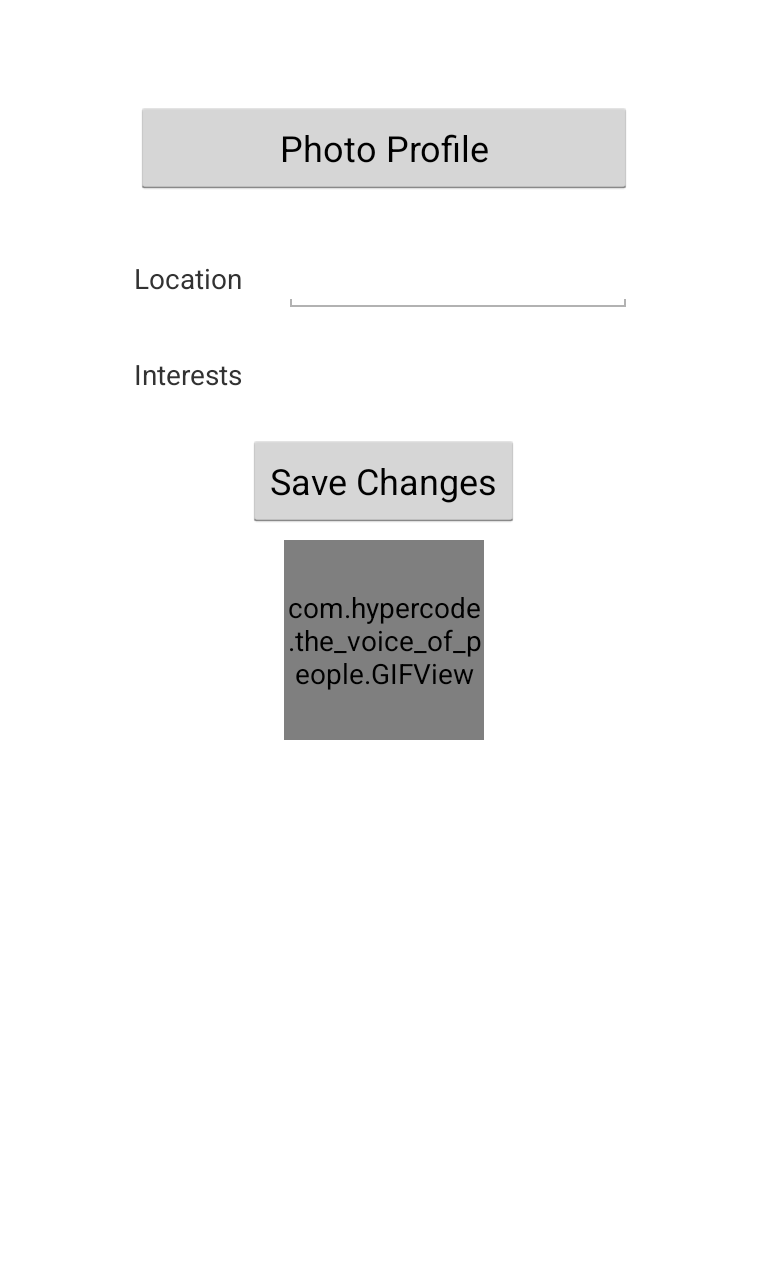
Repository: elvispap/The_Voice_of_People_Android_app
Layout: Voice of People/res/layout/profile_settings.xml
The author's editor kept a copy of each file at every save. The layout is drawn from the files as they stood at one save, then again after the next save.
Pictures or frames that could not be fetched are drawn as grey boxes. It is drawn on a 768 x 1280 px phone screen (xhdpi) without system bars, with theme AppTheme; the app's code is not run.

Above is the layout before, as saved 2014-01-08 03:17:44.

### Voice of People/res/layout/profile_settings.xml
<?xml version="1.0" encoding="utf-8"?>
<FrameLayout xmlns:android="http://schemas.android.com/apk/res/android"
  android:layout_width="fill_parent"
  android:layout_height="fill_parent">
<LinearLayout android:id="@+id/container"
    android:layout_width="match_parent"
    android:layout_height="match_parent"
    android:orientation="vertical" >

    <LinearLayout android:layout_width="250dp"
	    android:layout_height="wrap_content"
	    android:orientation="vertical"
	    android:layout_gravity="center_horizontal"
	    android:layout_marginTop="50dp">

        <Button
        android:id="@+id/button1"
        android:layout_width="match_parent"
        android:layout_height="wrap_content"
        android:text="Photo Profile"
        android:layout_gravity="center_horizontal" />

    </LinearLayout>



    <LinearLayout android:layout_width="250dp"
	    android:layout_height="wrap_content"
	    android:orientation="horizontal"
	    android:layout_gravity="center_horizontal"
	    android:layout_marginTop="20dp">

        <TextView
            android:id="@+id/textView1"
            android:layout_width="wrap_content"
            android:layout_height="wrap_content"
            android:text="Location" />
	    <EditText
	        android:id="@+id/location"
	        android:layout_width="match_parent"
	        android:layout_height="wrap_content"
	        android:ems="10"
	        android:layout_marginLeft="20dp"/>



    </LinearLayout>

    <LinearLayout android:layout_width="250dp"
	    android:layout_height="wrap_content"
	    android:orientation="horizontal"
	    android:layout_gravity="center_horizontal"
	    android:layout_marginTop="20dp">
			   <TextView
		            android:id="@+id/textView1"
		            android:layout_width="wrap_content"
		            android:layout_height="wrap_content"
		            android:text="Interests" />

	            <LinearLayout android:id="@+id/interests"
	                android:layout_width="250dp"
				    android:layout_height="wrap_content"
				    android:orientation="vertical"
				    android:layout_gravity="center_horizontal"
				    android:layout_marginLeft="20dp">



			</LinearLayout>
     </LinearLayout>

    <Button
        android:id="@+id/save"
        android:layout_width="wrap_content"
        android:layout_height="wrap_content"
        android:layout_gravity="center_horizontal"
        android:layout_marginTop="20dp"
        android:text="Save Changes"
        android:onClick="save_preferences"/>


   </LinearLayout>
    <com.hypercode.the_voice_of_people.GIFView
        android:layout_gravity="center"

        android:layout_width="100dp"
        android:layout_height="100dp"
        android:id="@+id/GIFLoader">
     </com.hypercode.the_voice_of_people.GIFView>
</FrameLayout>

Loaded but not shown: Voice of People/res/values/styles.xml (common file); Voice of People/res/values-v11/styles.xml (common file); Voice of People/res/values-v14/styles.xml (common file)

After the next save:
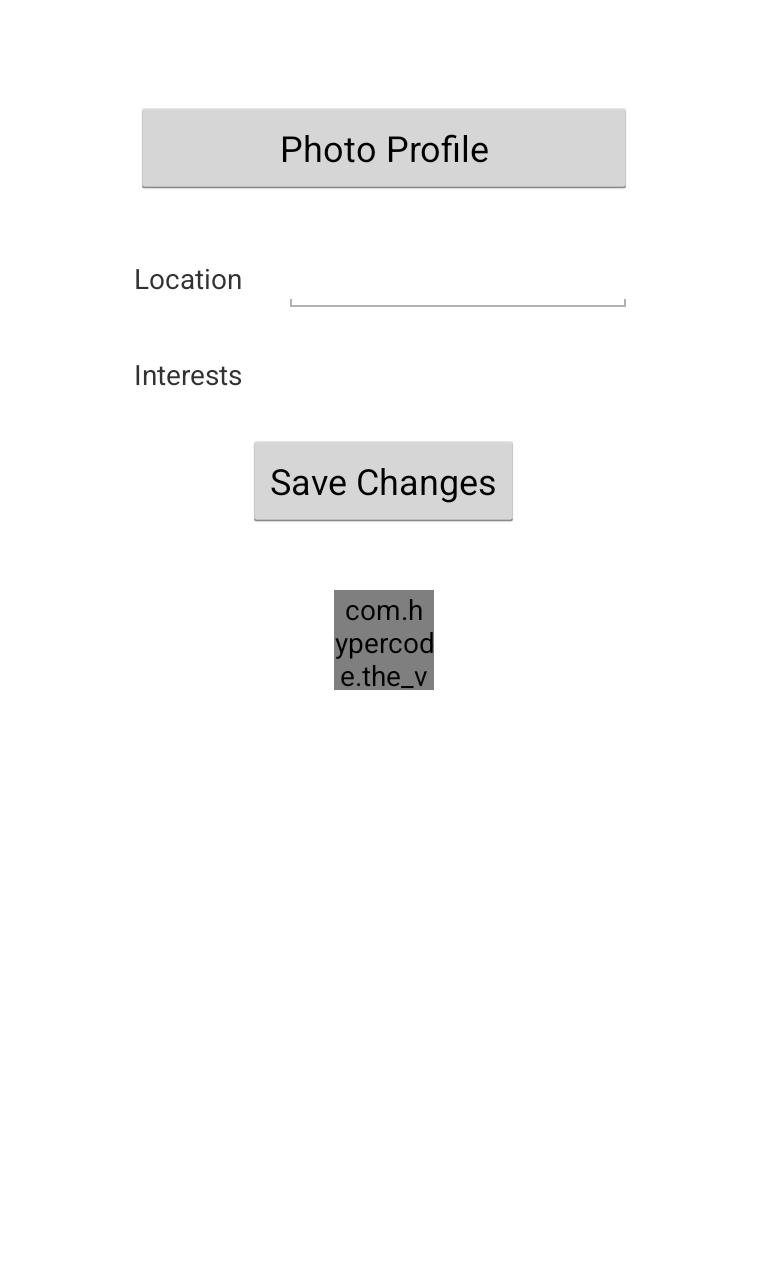
Saved 59 s later.
--- a/Voice of People/res/layout/profile_settings.xml
+++ b/Voice of People/res/layout/profile_settings.xml
@@ -83,8 +83,8 @@
     <com.hypercode.the_voice_of_people.GIFView
         android:layout_gravity="center"
 
-        android:layout_width="100dp"
-        android:layout_height="100dp"
+        android:layout_width="50dp"
+        android:layout_height="50dp"
         android:id="@+id/GIFLoader">
      </com.hypercode.the_voice_of_people.GIFView>
 </FrameLayout>
